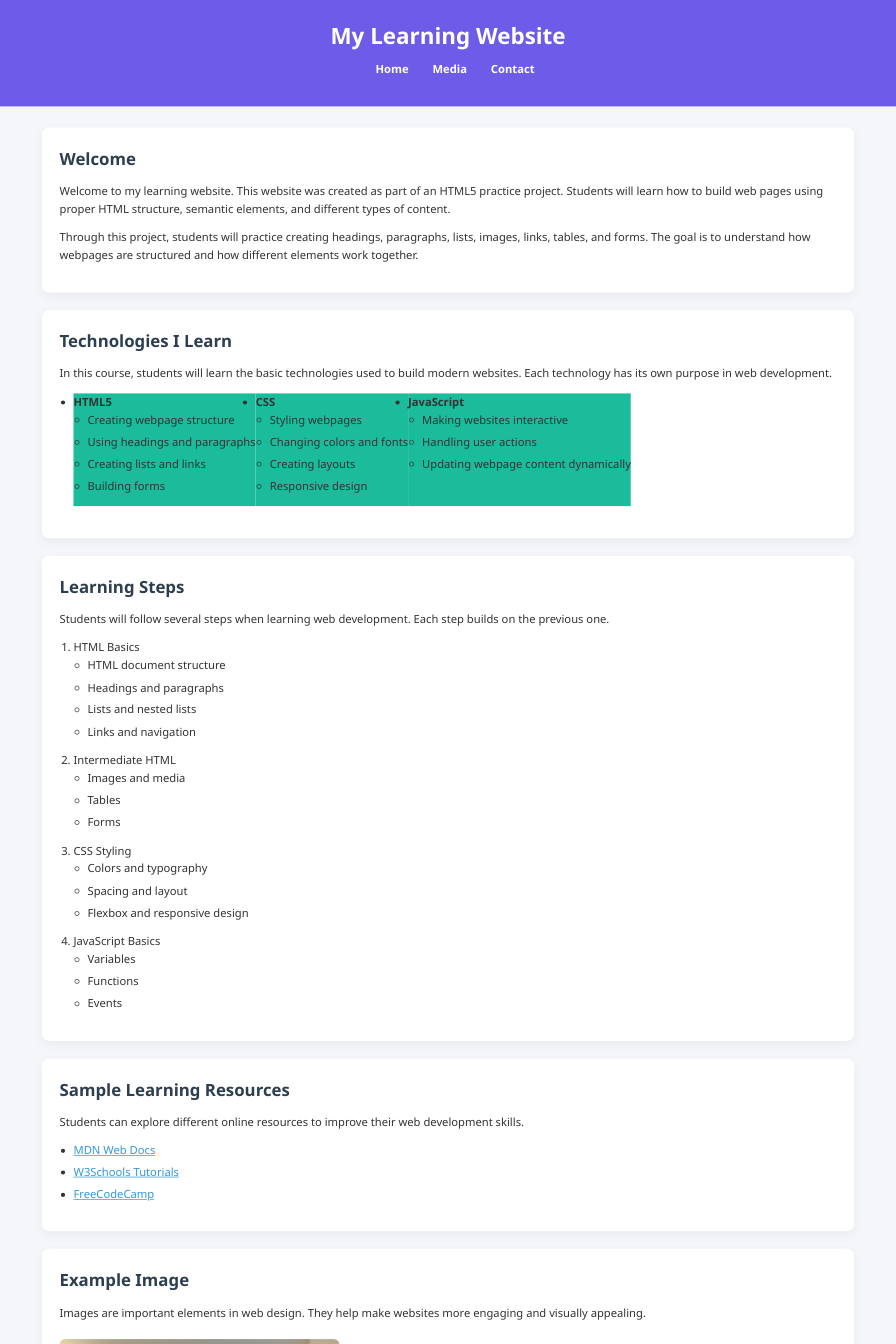
Repository: Than-sothearak/web_client_programing
Page: Week_03/index.html
The author's editor kept a copy of each file at every save. The page is drawn from the files as they stood at one save, then again after the next save.
The browser window is 1280 px wide. The pictures show the part of the page from y = 0 to 1920 px (the page is 2949 px tall), at 70% of full size.

Above is the page before, as saved 2026-03-24 21:16:09.

After the next save:
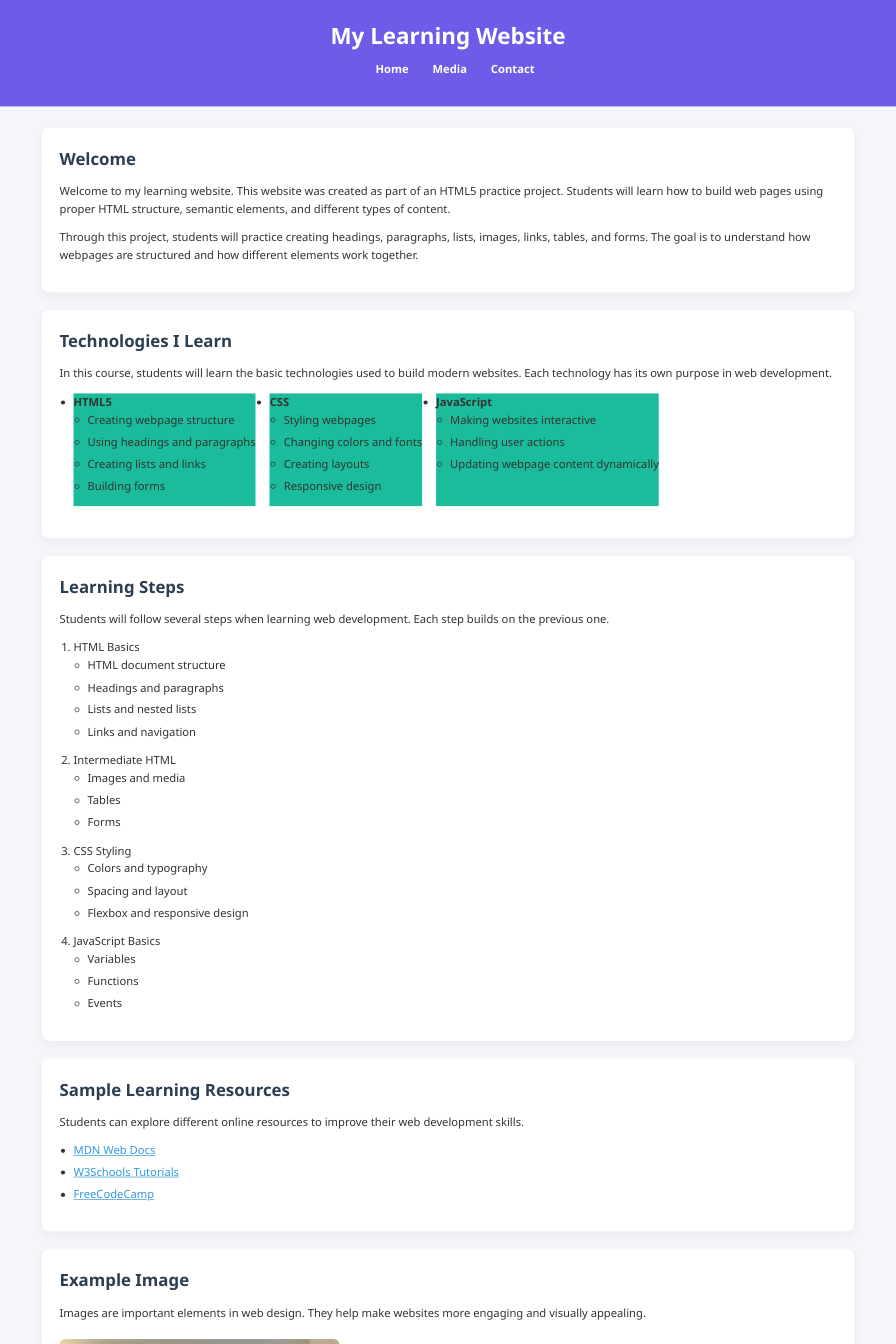
Saved 27 s later.
--- a/Week_03/styles.css
+++ b/Week_03/styles.css
@@ -99,7 +99,7 @@ ol {
 
 .card-container {
   display: flex;
-  flex-direction: row;
+  gap: 20px;
 }
 
 .card {
